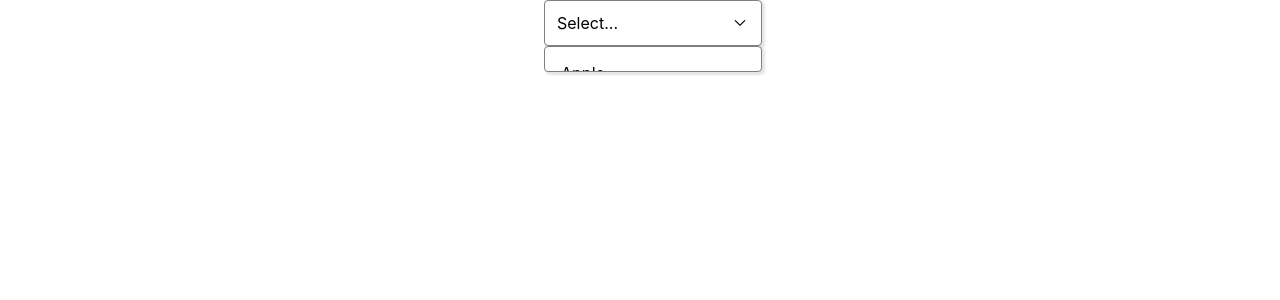
Repository: Jimmy-Lu-iK/Demo-UI
Page: /
The author's editor kept a copy of each file at every save. The page is drawn from the files as they stood at one save, then again after the next save.
The browser window is 1280 px wide. The pictures show the whole page.
The project was rebuilt for these pictures with package versions that can differ from the ones it lists, and the page was loaded fresh each time. Also part of the build but not shown: src/components/Calculator.css, src/components/Calculator.js.

Above is the page before, as saved 2023-03-16 23:07:30.

After the next save:
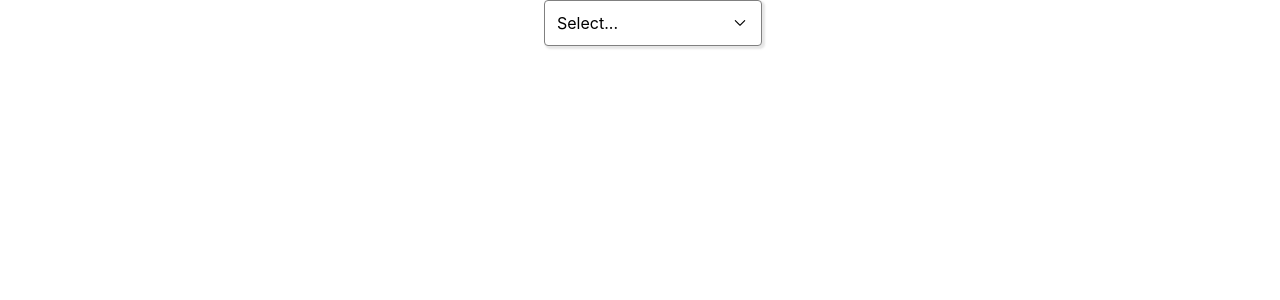
Saved 38 s later.
--- a/src/components/Dropdown.js
+++ b/src/components/Dropdown.js
@@ -28,7 +28,7 @@
         optionsPanelRef.current.style.maxHeight = `${optionsPanelRef.current.scrollHeight}px`;
       } else {
         optionsPanelRef.current.style.maxHeight = '0';
-        optionsPanelRef.current.style.visibility = 'none';
+        optionsPanelRef.current.style.display = 'none';
       }
     }
   }, [isOpen]);

After the 3 saves that followed:
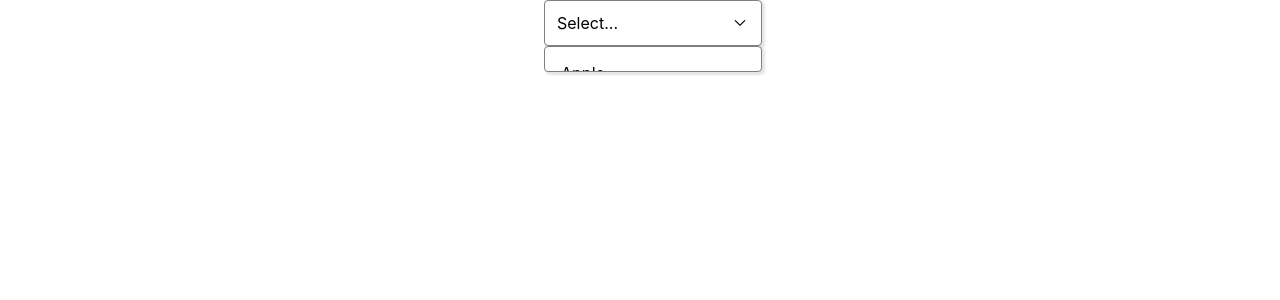
The 3 saves are shown as one change because 1 left the picture as it was and some came seconds apart.
The last was saved 43 s later.
--- a/src/components/Dropdown.js
+++ b/src/components/Dropdown.js
@@ -26,9 +26,10 @@
     if(optionsPanelRef.current) {
       if (isOpen) {
         optionsPanelRef.current.style.maxHeight = `${optionsPanelRef.current.scrollHeight}px`;
+        optionsPanelRef.current.style.display = 'normal';
       } else {
         optionsPanelRef.current.style.maxHeight = '0';
-        optionsPanelRef.current.style.display = 'none';
+        // optionsPanelRef.current.style.display = 'none';
       }
     }
   }, [isOpen]);
